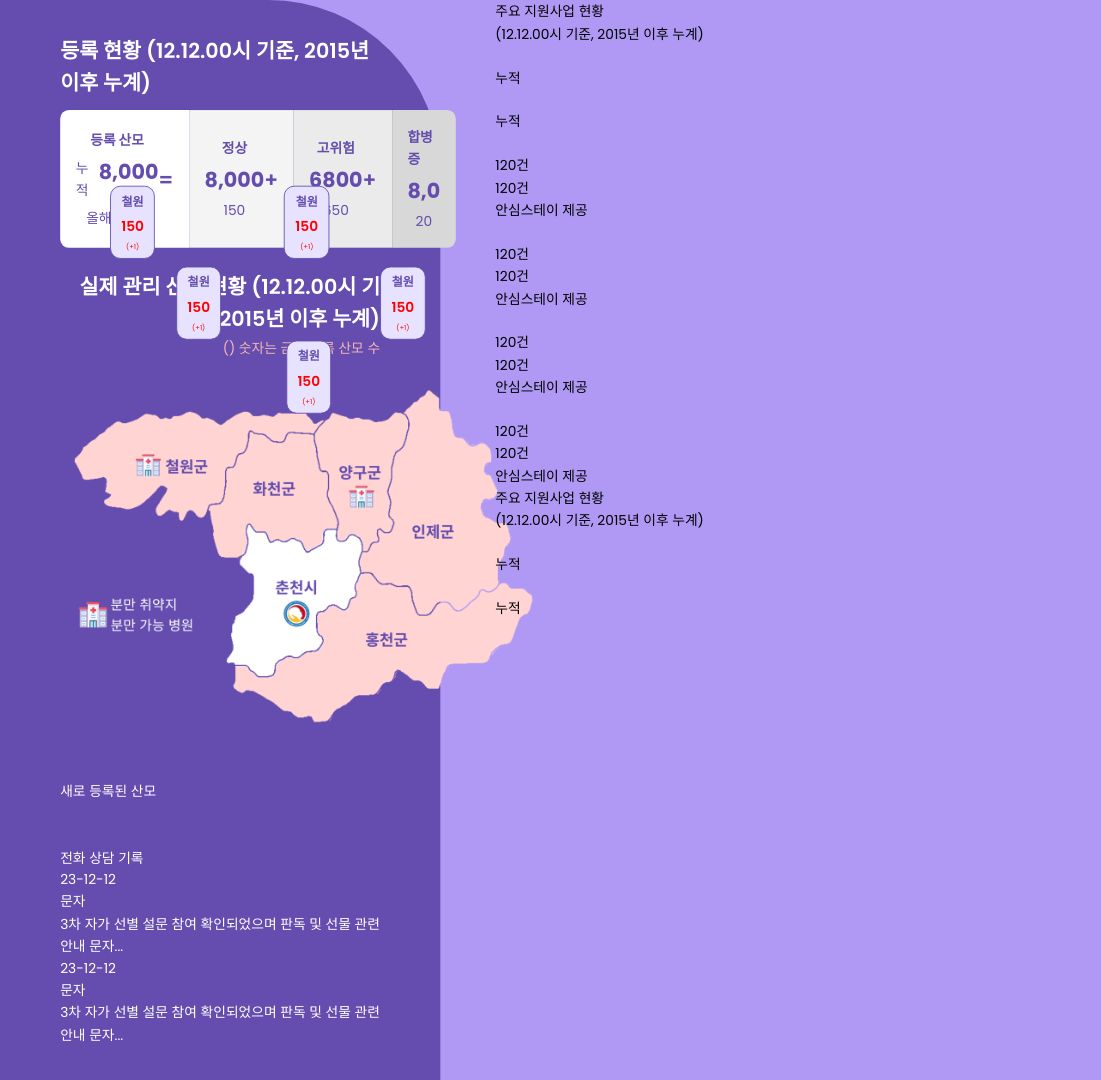
Repository: giapchicuong/Perganancy_Web
Page: index.html
The author's editor kept a copy of each file at every save. The page is drawn from the files as they stood at one save, then again after the next save.
The browser window is 1280 px wide. The pictures show the whole page, at 86% of full size.

Above is the page before, as saved 2024-03-06 18:22:48.

After the next save:
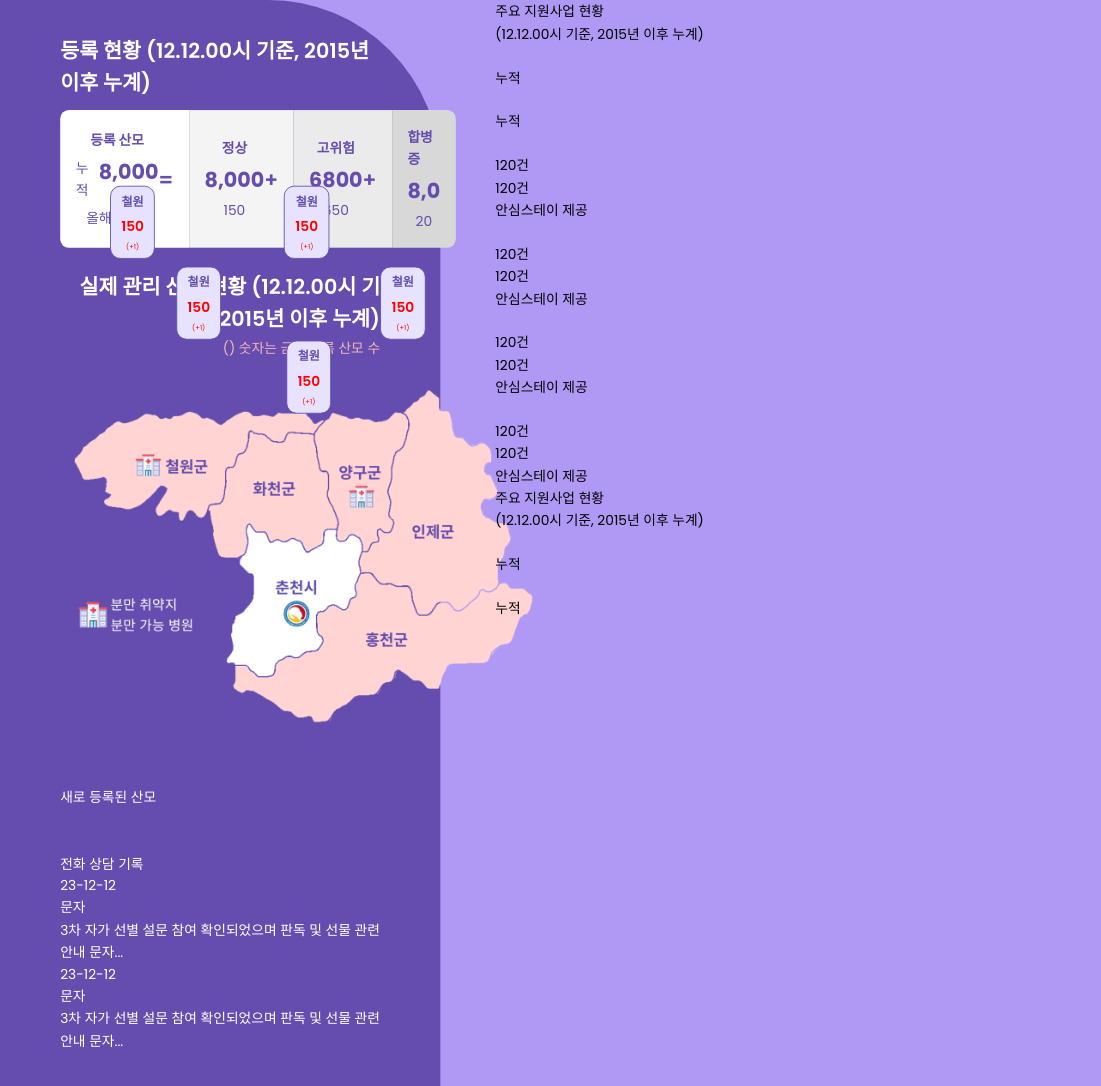
Saved 3 min 16 s later.
--- a/index.html
+++ b/index.html
@@ -132,7 +132,8 @@
                     <!--새로 등록된 산모  -->
                     <div class="advertising-left__box">
                         <div class="advertising-left__box-title">
-                            <img src="" alt="" class="advertising-left__box-title-icon">
+                            <img src="./assets//image/left/icons/BsPersonPlusFill.png" alt=""
+                                class="advertising-left__box-title-icon">
                             <div class="advertising-left__box-title-text">새로 등록된 산모</div>
                         </div>
                         <div class="advertising-left__box-message-list">
